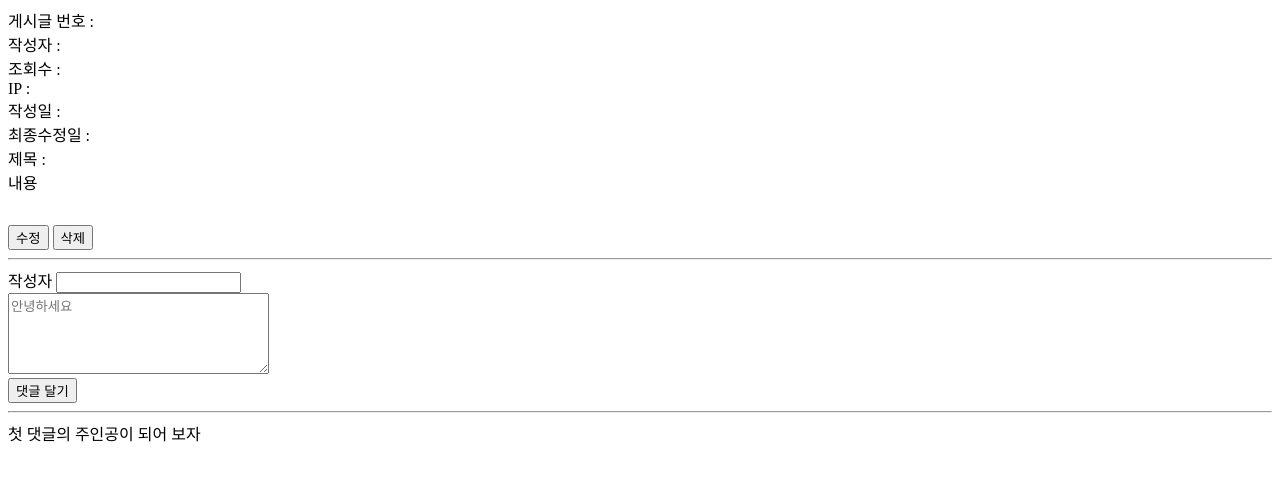
Repository: yangchunsick/JSPstudy
Page: http://localhost/11_MYHOME/notice/update.jsp
These files come from the project's save history. The page is drawn as it stood at one moment and after the next save; the edit follows.
The browser window is 1280 px wide. The pictures show the whole page.
The page is served by Tomcat 9. The template is opened directly, without the code that normally fills it, so the values that code supplies are empty.

Above is the page before, as saved 2021-11-18 02:11:53.

After the next save:
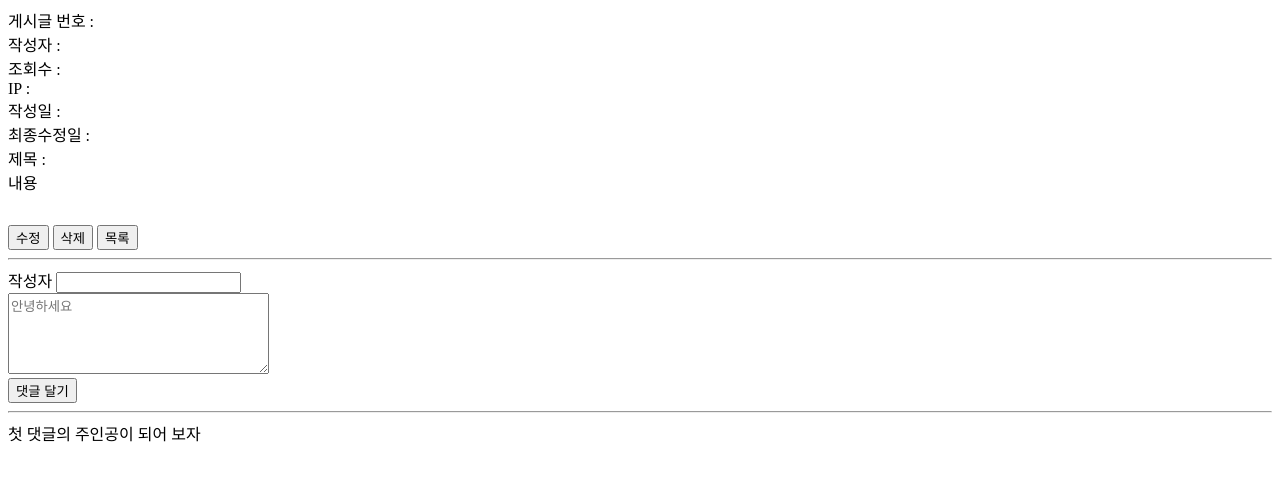
Saved 29 s later.
--- a/worksapce/11_MYHOME/WebContent/notice/update.jsp
+++ b/worksapce/11_MYHOME/WebContent/notice/update.jsp
@@ -35,6 +35,9 @@
 
 		<input type="button" value="삭제">
 
+
+		<input type="button" value="목록" onclick="location.href='list.notice'">
+
 		<hr>
 
 		<%-- 댓글을 달 수 있는 폼 --%>
